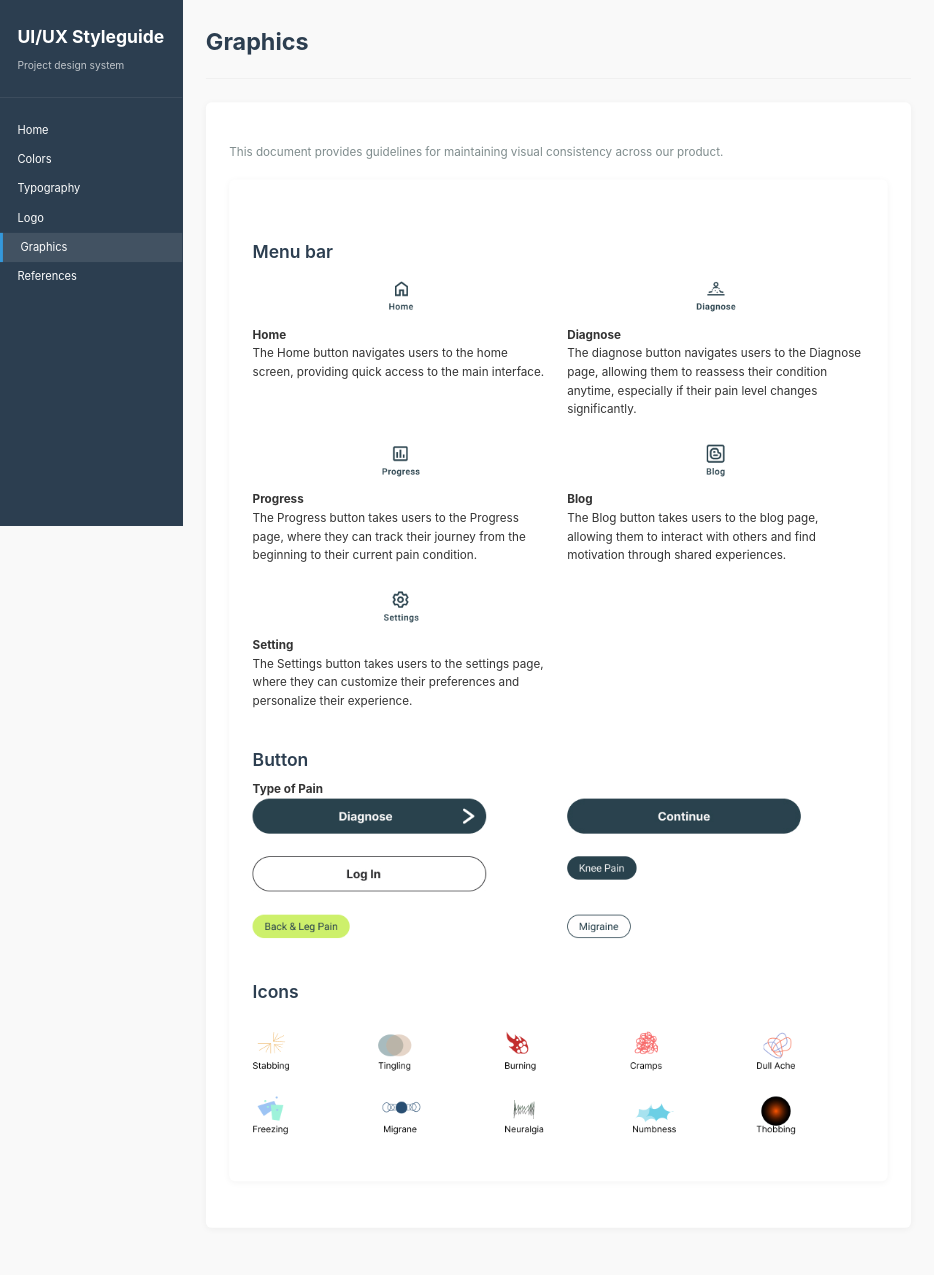
Repository: rosielee09/Heal_U
Page: graphics.html
An editor plug-in stored every save of this project. The page is shown before and after the next save, followed by the edit.
The browser window is 1280 px wide. The pictures show the whole page, at 73% of full size.

Above is the page before, as saved 2025-04-03 21:37:45.

### graphics.html
<!DOCTYPE html>
<html lang="en">
<head>
    <meta charset="UTF-8">
    <meta name="viewport" content="width=device-width, initial-scale=1.0">
    <link rel="stylesheet" href="styles.css">
    <title>Heal_U Styleguide</title>
</head>
<body>
    <div class="container">
        <!-- Sidebar Navigation -->
        <div class="sidebar">
            <div class="sidebar-header">
                <h1>UI/UX Styleguide</h1>
                <p>Project design system</p>
            </div>
            <ul class="nav">
                <li ><a href="index.html">Home</a></li>
                <li><a href="colors.html">Colors</a></li>
                <li><a href="typography.html">Typography</a></li>
                <li><a href="logo.html">Logo</a></li>
                <li class="active"><a href="graphics.html">Graphics</a></li>
                <li><a href="references.html">References</a></li>
            </ul>
        </div>

        <!-- Main Content - Home Page -->

        <div class="content">
            <header class="page-header">
                <h2>Graphics</h2>
            </header>

            <div class="component">
                <div class="component-header">
                  <p class="component-description">This document provides guidelines for maintaining visual consistency across our product.</p>
                </div>
           <!-- SECTION 1: menu bar -->
           <div class="component">
            <div class="component-header">

                <section class="component-section">
                    <h3 class="component-title">Menu bar</h3>
                    <div class="graphic-grid">
                        <!-- home -->
                        <div class="graphic-item">
                            <img class="graphic-menu__icon" src="/img/graphic-menu/home.png" alt="home">
                            <div class="graphic-info">
                                <h4 class="graphic-title">Home</h4>
                                <div>The Home button navigates users to the home screen, providing quick access to the main interface.</div>
                            </div>
                        </div>
                        <!-- diagnose -->
                        <div class="graphic-item">
                            <img class="graphic-menu__icon" src="/img/graphic-menu/diagnose.png" alt="diagnose">
                            <div class="graphic-info">
                                <h4 class="graphic-title">Diagnose </h4>
                                <div>The diagnose button navigates users to the Diagnose page, allowing them to reassess their condition anytime, especially if their pain level changes significantly.</div>
                            </div>
                        </div>
                        <!-- Progress -->
                        <div class="graphic-item">
                            <img class="graphic-menu__icon" src="/img/graphic-menu/progress.png" alt="Progress">
                            <div class="graphic-info">
                                <h4 class="graphic-title">Progress </h4>
                                <div>
                                    The Progress button takes users to the Progress page, where they can track their journey from the beginning to their current pain condition.</div>
                            </div>
                        </div>

                        <!-- blog -->
                        <div class="graphic-item">
                            <img class="graphic-menu__icon" src="/img/graphic-menu/blog.png" alt="blog">
                            <div class="graphic-info">
                                <h4 class="graphic-title">Blog </h4>
                                <div>The Blog button takes users to the blog page, allowing them to interact with others and find motivation through shared experiences.</div>
                        </div>
                        </div>

                        <!-- Setting -->
                        <div class="graphic-item">
                            <img class="graphic-menu__icon" src="/img/graphic-menu/setting.png" alt="Setting">
                            <div class="graphic-info">
                                <h4 class="graphic-title">Setting </h4>
                                <div>The Settings button takes users to the settings page, where they can customize their preferences and personalize their experience.</div>

                    </div>
                </div>
            </div>

<!-- button section -->
                <section class="component-section">
                    <h3 class="component-title">Button </h3>
                    <h4 class="graphic-title">Type of Pain</h4>
                    <div class="graphic-grid">
                          <!-- fill button -->
                        <div class="graphic-item">
                            <img class="graphic-button__icon" src="/img/Appovation - buttons/Button-fill-withIcon.png" alt="fill-icon">
                        </div>
                        <div class="graphic-item">
                            <img class="graphic-button__icon" src="/img/Appovation - buttons/Button-fill.jpg" alt="fill">
                        </div>
                        <div class="graphic-item">
                            <img class="graphic-button__icon" src="/img/Appovation - buttons/Button-outline.jpg" alt="outline">
                        </div>
                        <div class="graphic-item">
                            <img class="graphic-button__icon" src="/img/Appovation - buttons/chips-fill.png" alt="chips">
                        </div>
                        <div class="graphic-item">
                            <img class="graphic-button__icon" src="/img/Appovation - buttons/chips-highlighted.png" alt="chips-highlighted">
                        </div>
                        <div class="graphic-item">
                            <img class="graphic-button__icon" src="/img/Appovation - buttons/chips-outlined.png" alt="chips-outlined">
                        </div>
                </div>
            </section>

            <section class="component-section">
                <h3 class="component-title">Icons </h3>
                <br>
                <div class="graphic-grid__icons">

                    <div class="graphic-item">
                        <img class="graphic-icons" src="/img/Appovation - icons/Icon-stabbing.png" alt="pain_type_icon">
                    </div>
                    <div class="graphic-item">
                        <img class="graphic-icons" src="/img/Appovation - icons/Icon-tingling.png" alt="pain_type_icon">
                    </div>
                    <div class="graphic-item">
                        <img class="graphic-icons" src="/img/Appovation - icons/Icon_Burning.png" alt="pain_type_icon">
                    </div>
                    <div class="graphic-item">
                        <img class="graphic-icons" src="/img/Appovation - icons/Icon_Cramps.png" alt="pain_type_icon">
                    </div>
                    <div class="graphic-item">
                        <img class="graphic-icons" src="/img/Appovation - icons/Icon_dull ache.png" alt="pain_type_icon">
                    </div>
                    <div class="graphic-item">
                        <img class="graphic-icons" src="/img/Appovation - icons/Icon_freezing.png" alt="pain_type_icon">
                    </div>
                    <div class="graphic-item">
                        <img class="graphic-icons" src="/img/Appovation - icons/Icon_Migrane.png" alt="pain_type_icon">
                    </div>
                    <div class="graphic-item">
                        <img class="graphic-icons" src="/img/Appovation - icons/Icon_neuralgia.png" alt="pain_type_icon">
                    </div>
                    <div class="graphic-item">
                        <img class="graphic-icons" src="/img/Appovation - icons/Icon_numbness.png" alt="pain_type_icon">
                    </div>
                    <div class="graphic-item">
                        <img class="graphic-icons" src="/img/Appovation - icons/Icon_thobbing.png" alt="pain_type_icon">
                    </div>

            </div>
        </section>


</body>
<script src="script.js"></script>
</html>

### styles.css
* {
    margin: 0;
    padding: 0;
    box-sizing: border-box;
}

body {
    font-family: 'Inter', -apple-system, BlinkMacSystemFont, 'Segoe UI', Roboto, Oxygen, Ubuntu, Cantarell, sans-serif;
    line-height: 1.6;
    color: #333;
    background-color: #f9f9f9;
}

/* Layout */
.container {
    display: flex;
    min-height: 100vh;
}

/* Sidebar Navigation */
.sidebar {
    width: 250px;
    background-color: #2c3e50;
    color: #fff;
    padding: 2rem 0;
    position: fixed;
    height: 100vh;
    overflow-y: auto;
}

.sidebar-header {
    padding: 0 1.5rem 2rem;
    border-bottom: 1px solid rgba(255, 255, 255, 0.1);
}

.sidebar-header h1 {
    font-size: 1.5rem;
    font-weight: 700;
    margin-bottom: 0.5rem;
}

.sidebar-header p {
    font-size: 0.875rem;
    opacity: 0.7;
}

.nav {
    list-style: none;
    padding: 1.5rem 0;
}

.nav li {
    padding: 0.5rem 1.5rem;
}

.nav li.active {
    background-color: rgba(255, 255, 255, 0.1);
    border-left: 4px solid #3498db;
}

.nav a {
    color: #fff;
    text-decoration: none;
    display: block;
    font-size: 0.95rem;
    transition: all 0.2s;
}

.nav a:hover {
    opacity: 0.8;
}

/* Main Content */
.content {
    flex: 1;
    padding: 2rem;
    margin-left: 250px;
    max-width: calc(100% - 250px);
}

.page-header {
    margin-bottom: 2rem;
    padding-bottom: 1rem;
    border-bottom: 1px solid #eee;
}

.page-header h2 {
    font-size: 2rem;
    font-weight: 700;
    color: #2c3e50;
    margin-bottom: 0.5rem;
}

.page-header p {
    color: #7f8c8d;
    font-size: 1.1rem;
}

/* Components Common Styles */
.component {
    background-color: #fff;
    border-radius: 8px;
    box-shadow: 0 2px 10px rgba(0, 0, 0, 0.05);
    padding: 2rem;
    margin-bottom: 2rem;
}

.component-section{
    margin-top: 3rem;
}

.component-header {
    margin-top: 1.5rem;
    margin-bottom: 1.5rem;
}

.component-title {
    font-size: 1.5rem;
    font-weight: 600;
    margin-bottom: 0.5rem;
    color: #2c3e50;
}

.component-description {
    color: #7f8c8d;
}


    /* Color Styles */
.color-grid {
    display: grid;
    grid-template-columns: repeat(auto-fill, minmax(300px, 1fr));
    gap: 1.5rem;
}

.color-grid__onlycolor {
    display: grid;
    grid-template-columns: repeat(auto-fill, minmax(300px, 2fr));
    gap: 1.5rem;
    align-items: center;
}

.color-grid__Accessiblilliy {
    display: grid;
    grid-template-columns: repeat(auto-fit, minmax(clamp(300px, 50%, 400px), 1fr));
    gap: 1.5rem;
}

.color-item {
    border-radius: 6px;
    overflow: hidden;
    box-shadow: 0 2px 5px rgba(0, 0, 0, 0.1);
}

.color-preview {
    height: 120px;
}

.color-info {
    padding: 1rem;
    background-color: #fff;
}

.color-name {
    font-weight: 600;
    margin-bottom: 0.25rem;
}

.color-value {
    font-family: monospace;
    color: #7f8c8d;
    font-size: 0.85rem;
}

.color__primary--preview{
    background-color: #29424D;
}

.color__secondary--preview{
    background-color: #CFC4F4;
}

.color__tertiary--preview {
    background-color: #F8F3EC;
}

.color__accent--preview{
    background-color: #CDF06B;
}

.color__success--preview{
    background-color: #138636;
}

.color__error--preview{
    background-color: #C32D2D;
}

.color__warning--preview{
    background-color: #FFBD11;
}

.color__info--preview{
    background-color: #4976BA;
}

.color__background--preview{
    background-color: #fff;
}

.color__text--preview{
    background-color: #2E2E30;
}

.color-accessiblillity-img {
    width: 100%;
    height: 70%;
}

.color-example-img{
    align-items: center;
}


/* Graphics */
.graphic-grid {
    display: grid;
    grid-template-columns: repeat(auto-fill, minmax(300px, 2fr));
    gap: 1.5rem;

}

.graphic-grid__icons{
    display: grid;
    grid-template-columns: repeat(5, 1fr);
    gap: 1.5rem;
}

.graphic-item{
   justify-items: center;
}

.graphic-menu__icon{
    margin: 10px;
}


/* Typography */

/* Import Roboto font with multiple weights */
@import url('https://fonts.googleapis.com/css2?family=Roboto:wght@400;500;700&display=swap');


/* Table styling */
table {
  width: 100%;
  border-collapse: collapse;
  font-family: 'Roboto', sans-serif;
  margin: 2rem 0;
}

th {
  background-color: #f8f9fa;
  color: #212529;
  padding: 12px 16px;
  text-align: left;
  font-weight: 500;
  border-bottom: 2px solid #dee2e6;

}

td {
  padding: 16px;
  border-bottom: 1px solid #e9ecef;
  vertical-align: top;
}

/* Remove default list styling */
td li {
  list-style: none;
  margin: 4px 0;
  padding-left: 0;
}



.content-image {
  margin: auto;
  display: block;
  padding: 1rem;
}

.center {
  text-align: center;
}



.typography-item {
    margin-bottom: 2rem;
}


.heading1 {
  font-family: 'Roboto', sans-serif;
  font-size: 40px;
  line-height: 48px;
  font-weight: 700;
  color: #212529;

}

.heading2 {
  font-family: 'Roboto', sans-serif;
  font-size: 32px;
  line-height: 40px;
  font-weight: 700;
  color: #212529;
}

.section-header {
  font-family: 'Roboto', sans-serif;
  font-size: 24px;
  line-height: 32px;
  font-weight: 700;
  color: #212529;
}

.sub-header {
  font-family: 'Roboto', sans-serif;
  font-size: 20px;
  line-height: 28px;
  font-weight: 700;
  color: #212529;
}

.body-bold {
  font-family: 'Roboto', sans-serif;
  font-size: 16px;
  line-height: 24px;
  font-weight: 700;
  color: #212529;
}


.body {
  font-family: 'Roboto', sans-serif;
  font-size: 16px;
  line-height: 24px;
  font-weight: 400;
  color: #212529;
}

.small {
  font-family: 'Roboto', sans-serif;
  font-size: 14px;
  line-height: 20px;
  font-weight: 400;
  color: #212529;
}

.small-italic {
  font-family: 'Roboto', sans-serif;
  font-style: italic;
  font-size: 14px;
  line-height: 20px;
  font-weight: 400;
  color: #212529;
}

.tiny-bold {
  font-family: 'Roboto', sans-serif;
  font-size: 12px;
  line-height: 18px;
  font-weight: 700;
  color: #212529;
}

.tiny {
  font-family: 'Roboto', sans-serif;
  font-size: 12px;
  line-height: 18px;
  font-weight: 400;
  color: #212529;
}

.mini {
  font-family: 'Roboto', sans-serif;
  font-size: 8px;
  line-height: 12px;
  font-weight: 400;
  color: #212529;
  letter-spacing: 0.5px;
}

/* Add zebra striping for better readability */
tbody tr:nth-child(odd) {
  background-color: #f8f9fa;
}

Loaded but not shown: script.js (no stored copy; drawn as an empty file)

After the next save:
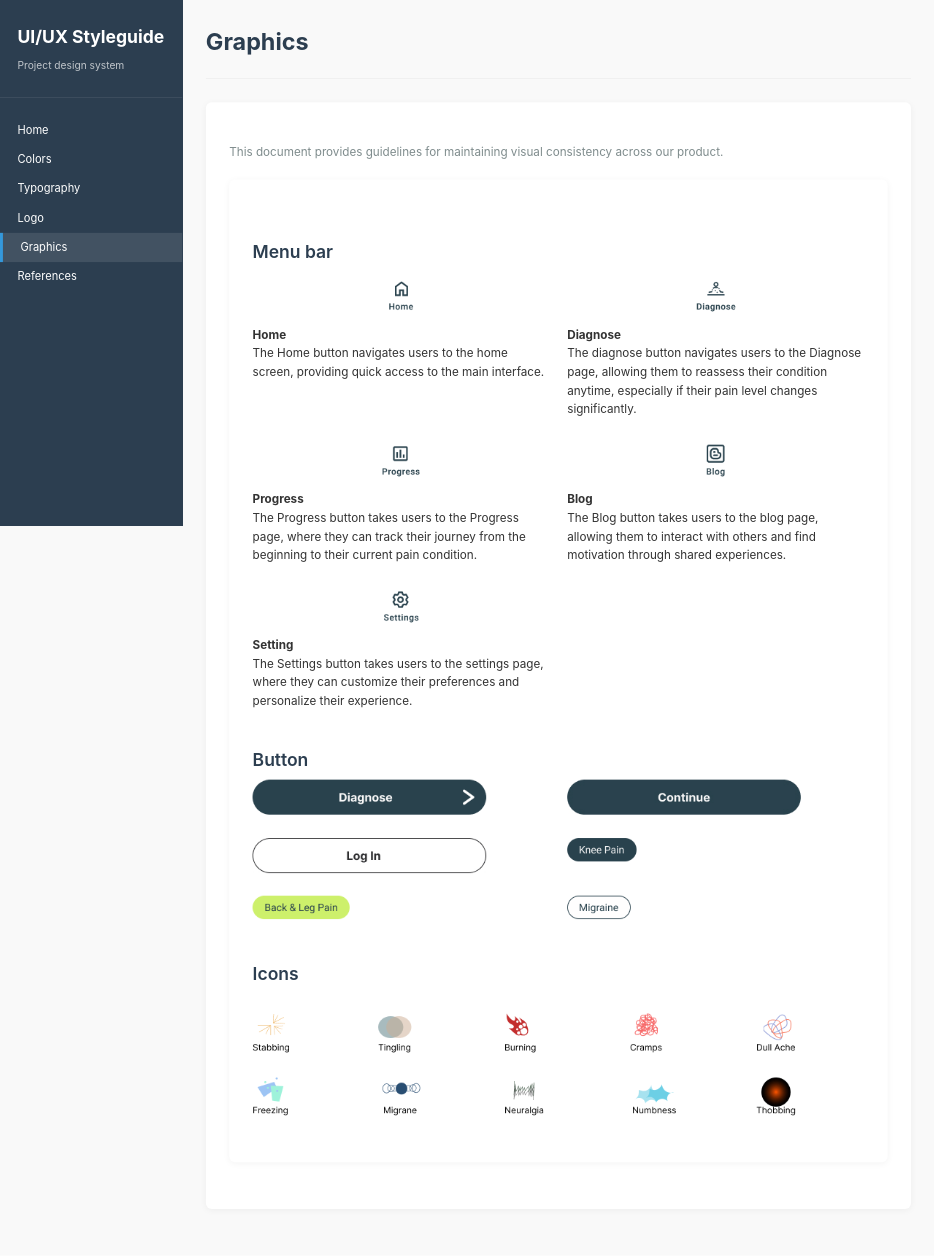
Saved 8 s later.
--- a/graphics.html
+++ b/graphics.html
@@ -91,7 +91,7 @@
 <!-- button section -->
                 <section class="component-section">
                     <h3 class="component-title">Button </h3>
-                    <h4 class="graphic-title">Type of Pain</h4>
+
                     <div class="graphic-grid">
                           <!-- fill button -->
                         <div class="graphic-item">
